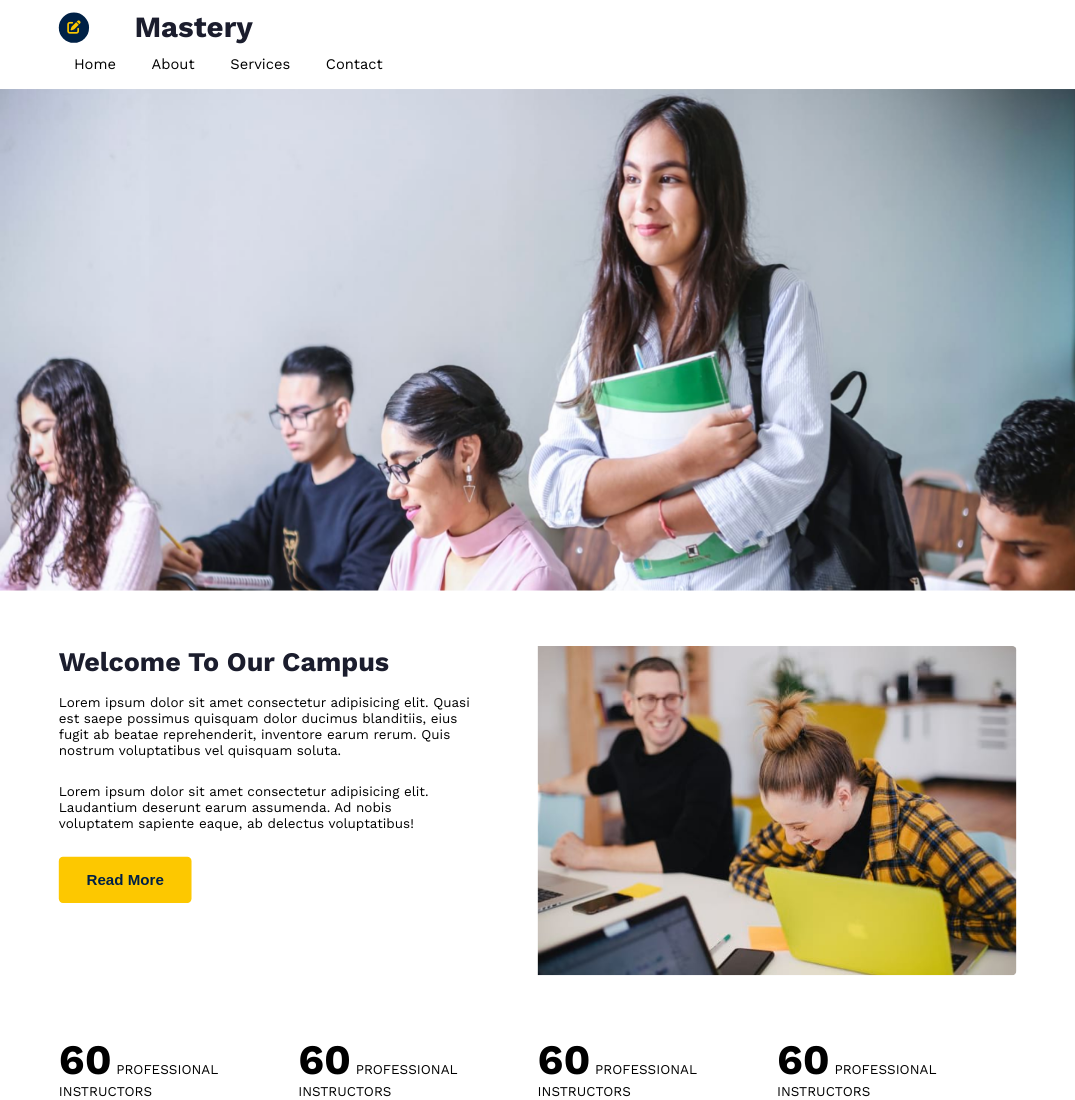
Repository: giahuy405/BC38__Mastery__Pham_Gia_Huy
Page: index.html
These files come from the project's save history. The page is drawn as it stood at one moment and after a run of saves; the edit follows.
The browser window is 1280 px wide. The pictures show the whole page, at 84% of full size.

Above is the page before, as saved 2022-09-09 17:03:45.

After the next 2 saves:
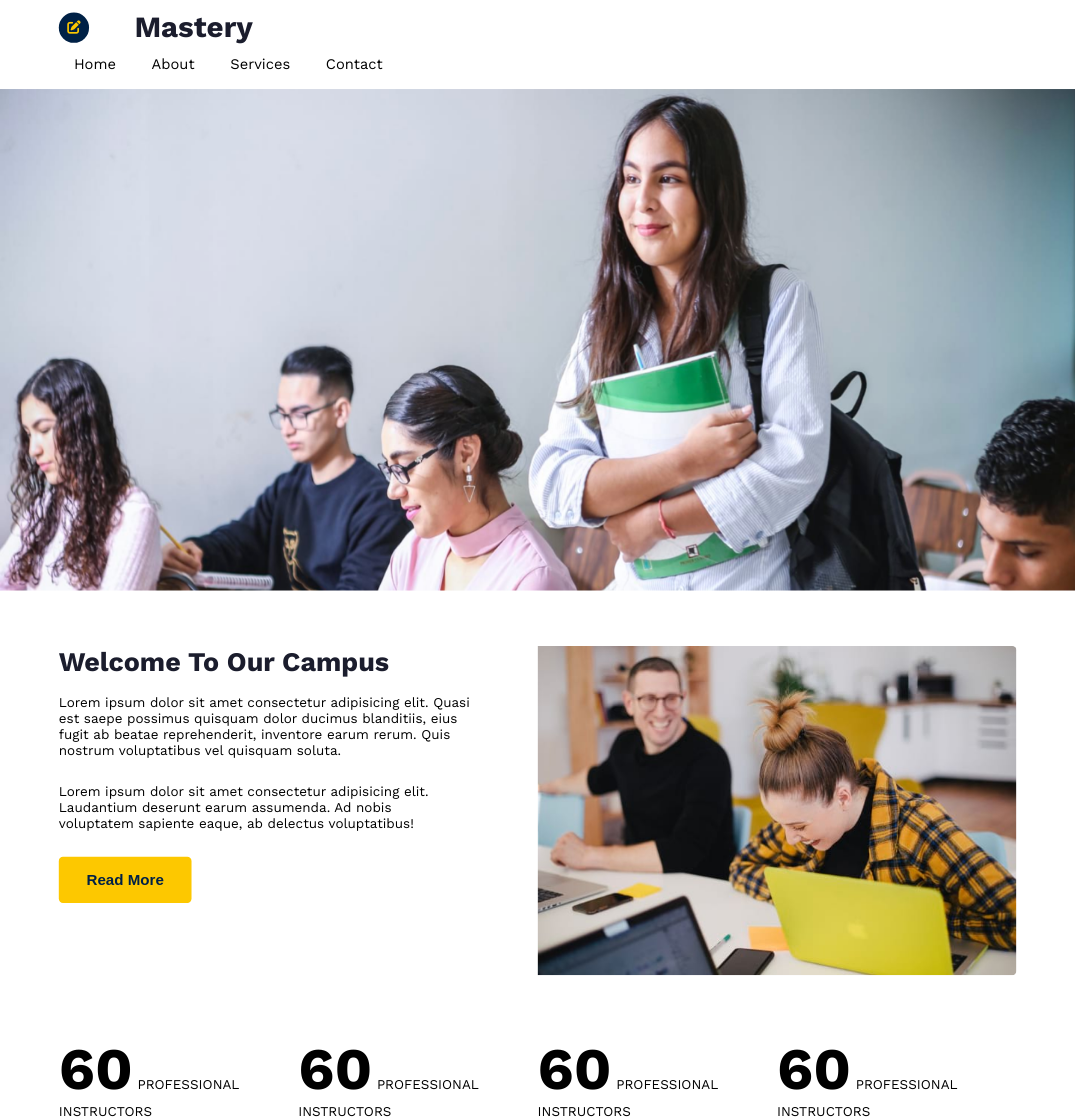
The 2 saves are shown as one change because they came seconds apart.
The last was saved 10 s later.
--- a/index.css
+++ b/index.css
@@ -225,6 +225,6 @@ height: 597px;
     width: 25%;
 }
 .information__content h1{
-    display: inline;
-    font-size: 50px;
-}
+    display: inline-block;
+    font-size: 70px;
+}
